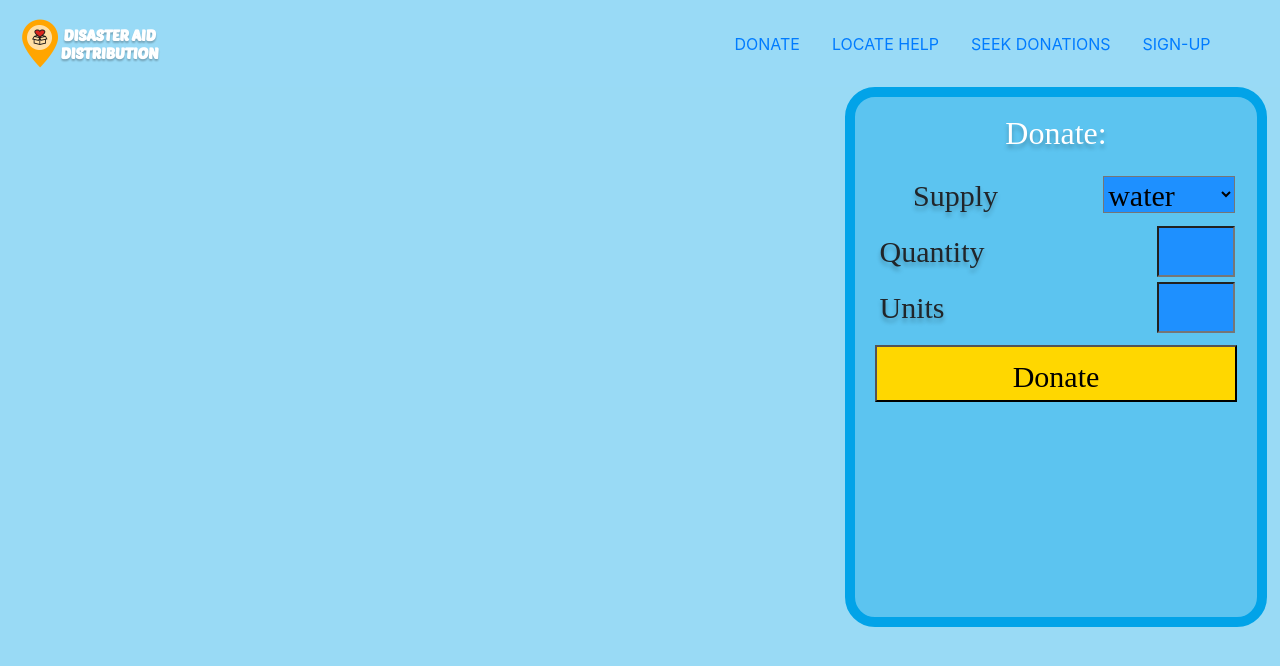
Repository: uprm-inso-4115-2019-2020-S2/semester-project-inso4115-DisasterAid-backend
Page: /donate-modal (app in disaster-aid/)
The author's editor kept a copy of each file at every save. The page is drawn from the files as they stood at one save, then again after the next save.
The browser window is 1280 px wide. The pictures show the whole page.
The project was rebuilt for these pictures with package versions that can differ from the ones it lists, and the page was loaded fresh each time. Also part of the build but not shown: disaster-aid/angular.json, disaster-aid/src/app/login/login.component.ts, disaster-aid/src/app/register/register.component.ts, disaster-aid/src/app/home/home.component.ts, disaster-aid/src/app/landing-page/landing-page.component.ts, disaster-aid/src/app/donations/donations.component.ts, disaster-aid/src/app/donations.service.ts.

Above is the page before, as saved 2020-05-09 02:14:32.

### disaster-aid/src/index.html
<!doctype html>
<html lang="en">
<head>
  <meta charset="utf-8">
  <title>DisasterAid</title>
  <base href="/">
  <meta name="viewport" content="width=device-width, initial-scale=1">
  <link rel="icon" type="image/x-icon" href="favicon.ico">
</head>
<body>
  <app-root></app-root>
</body>
</html>

### disaster-aid/src/styles.css
/* You can add global styles to this file, and also import other style files */

html { background-color:rgba(2, 163, 232, 0.4); }

### disaster-aid/src/app/app.module.ts
import { BrowserModule } from '@angular/platform-browser';
import { NgModule } from '@angular/core';
import { FormsModule, ReactiveFormsModule } from '@angular/forms';



import { AppRoutingModule } from './app-routing.module';
import { AppComponent } from './app.component';
import { RegisterComponent } from './register/register.component';
import { LoginComponent } from './login/login.component';
import { HttpClientModule } from '@angular/common/http';
import { HomeComponent } from './home/home.component'
import { UserApiService } from './userapi.service';
import { LandingPageComponent } from './landing-page/landing-page.component';
import { DonationsComponent } from './donations/donations.component';
import { DonateModalComponent } from './donate-modal/donate-modal.component';


@NgModule({
  declarations: [
    AppComponent,
    RegisterComponent,
    LoginComponent,
    HomeComponent,
    LandingPageComponent,
    DonationsComponent,
    DonateModalComponent,
  ],
  imports: [
    BrowserModule,
    AppRoutingModule,
    FormsModule,
    ReactiveFormsModule,
    HttpClientModule
  ],
  providers: [UserApiService],
  bootstrap: [AppComponent]
})
export class AppModule { }

### disaster-aid/src/app/app-routing.module.ts
import { NgModule } from '@angular/core';
import { Routes, RouterModule } from '@angular/router';
import {LoginComponent} from './login/login.component';
import { RegisterComponent } from './register/register.component';
import { HomeComponent } from './home/home.component';
import { LandingPageComponent } from './landing-page/landing-page.component';
import { DonationsComponent } from './donations/donations.component';
import { DonateModalComponent} from './donate-modal/donate-modal.component';


const routes: Routes = [
  { path: '', redirectTo: '/landing_page', pathMatch: 'full'}, //Make home the default landing page
  { path: 'register', component: RegisterComponent},
  { path: 'login', component: LoginComponent },
  { path: 'home', component: HomeComponent},
  { path: 'landing_page', component: LandingPageComponent },
  { path: 'my-donations', component: DonationsComponent },
  { path: 'donate-modal', component: DonateModalComponent},

];

@NgModule({
  imports: [RouterModule.forRoot(routes)],
  exports: [RouterModule]
})
export class AppRoutingModule { }

### disaster-aid/src/app/app.component.ts
import { Component } from '@angular/core';

@Component({
  selector: 'app-root',
  templateUrl: './app.component.html',
  styleUrls: ['./app.component.css']
})
export class AppComponent {
  title = 'disaster-aid';
}

### disaster-aid/src/app/userapi.service.ts
import { Injectable } from '@angular/core';
import { HttpClient, HttpErrorResponse, HttpHeaders } from '@angular/common/http';
import { User } from './user';
import { Observable, throwError } from 'rxjs';
import { catchError } from 'rxjs/operators';


@Injectable({
  providedIn: 'root'
})
export class UserApiService {

  constructor(private httpClient:HttpClient) { }

  private _handleError(error: HttpErrorResponse | any) {
    let data = {};
                data = {
                    reason: error && error.error.reason ? error.error.reason : '',
                    status: error.status
                };
                console.error(data);
                return throwError(error);
  }

    public server:String = " http://localhost:5000/";

   public getUsers() : Observable<User[]> {
     return this.httpClient
     .get<User[]>(this.server + "DAD/users")
     .pipe(catchError (this._handleError));
   }

   public getUser(userID : String): Observable<User> {
    return this.httpClient
    .get<User>(this.server + `DAD/users/${userID}`)
    .pipe(catchError (this._handleError));
  }

  public createUser(user: User): Observable<any> {

    const httpOptions = {
      headers: new HttpHeaders ({
        'Content-Type':'application/json',
        'Accept': 'application/json'
      })
    };
    return this.httpClient
    .post(this.server + "DAD/users", user, httpOptions)
    .pipe(catchError (this._handleError));;
  }


}

### disaster-aid/src/app/donate-modal/donate-modal.component.ts
import { Component, OnInit } from '@angular/core';

@Component({
  selector: 'app-donate-modal',
  templateUrl: './donate-modal.component.html',
  styleUrls: ['./donate-modal.component.css']
})
export class DonateModalComponent implements OnInit {

  constructor() { }

  ngOnInit(): void {
  }

}

### disaster-aid/src/app/donate-modal/donate-modal.component.html
<nav class="navbar navbar-light" style="background-color: rgba(2, 163, 232, 0.4);">
    <a class="navbar-brand mr-1" href="#"><img src="/assets/DAD_logo.png" style="width: 50%;"></a>
    <ul class="nav navbar-justified navbar-right ml-auto" style="margin-right: 3%;">
        <li class="nav-item">
            <a class="nav-link menuItem" routerLink="/my-donations"  >DONATE</a>
        </li>
        <li class="nav-item">
            <a class="nav-link menuItem"  href="#">LOCATE HELP</a>
        </li>
        <li class="nav-item">
            <a class="nav-link menuItem" href="#">SEEK DONATIONS</a>
        </li>
        <li class="nav-item">
            <a class="nav-link menuItem"  routerLink="/register" routerLinkActive="active">SIGN-UP</a>
        </li>
    </ul>
</nav>

<div class="donateBox">
    <p style="font-size: xx-large; text-align: center; padding-top: 3%; color: white;">Donate:</p>
    <!-- <form [formGroup]="loginForm" (ngSubmit)="onSubmit(loginForm.value)"> -->
        <div style="text-align: right; padding-right: 22px;">
            <div>
                <label for="Supply" style=" width:50%; text-align:left;">Supply</label>
                <select id="supply" name="supply" class="select">
                    <option value="water">water</option>
                    <option value="food">food</option>
                    <option value="medicine">medicine</option>
                    <option value="clothing">clothing</option>

                </select>
            </div>
            <div>
                <label for="quantity" style="width:73%; text-align:left;">Quantity</label>
                <input type="number" class="select" id="quantity" name="quantity" min="1" max="5">
            </div>
            <div>
                <label for="units" style="width:73%; text-align:left;">Units</label>
                <input type="number" class="select" id="quantity" name="quantity" min="1" max="5">
            </div>
        </div>

        <div style="text-align: center;  padding-top: 7px;">
            <button class="donateButton" type="submit">Donate</button>
        </div>
    <!-- </form> -->

    <!-- <div style="text-align: center; padding-top: 5px; font-size: large;">
        <label style="color: white; padding-right: 5px;">Don't have an account?</label>
        <a routerLink="/register" routerLinkActive="active" style="color:#FFBC40 ;">Sign up</a>
    </div> -->

</div>

### disaster-aid/src/app/donate-modal/donate-modal.component.css
.donateBox {
    position: absolute;
    width: 33%;
    height: 75%;
    left: 66%;
    /* right: 10%;
    top: 10%; */

    background: rgba(2, 163, 232, 0.4);
    border: 10px solid #02A3E8;
    border-radius: 30px;
    font-family: 'Fredoka One', cursive;
    font-family: 'Gochi Hand', cursive;
    text-shadow: 0px 4px 4px rgba(0, 0, 0, 0.25);
    font-size: 30px;
}


.donateButton{
    text-align: center;
    padding-top: 7px;
    background: gold;
    width: 90%;
    /* font-size:30px */
}

.select{
    background-color: dodgerblue;
    /* display: none; */
    position: relative;
    font-family: 'Gochi Hand', cursive;
}

Loaded but not shown: disaster-aid/src/main.ts (common file); disaster-aid/src/environments/environment.ts (common file); disaster-aid/src/app/app.component.html (common file); disaster-aid/src/app/app.component.css (no stored copy; drawn as an empty file)

After the next save:
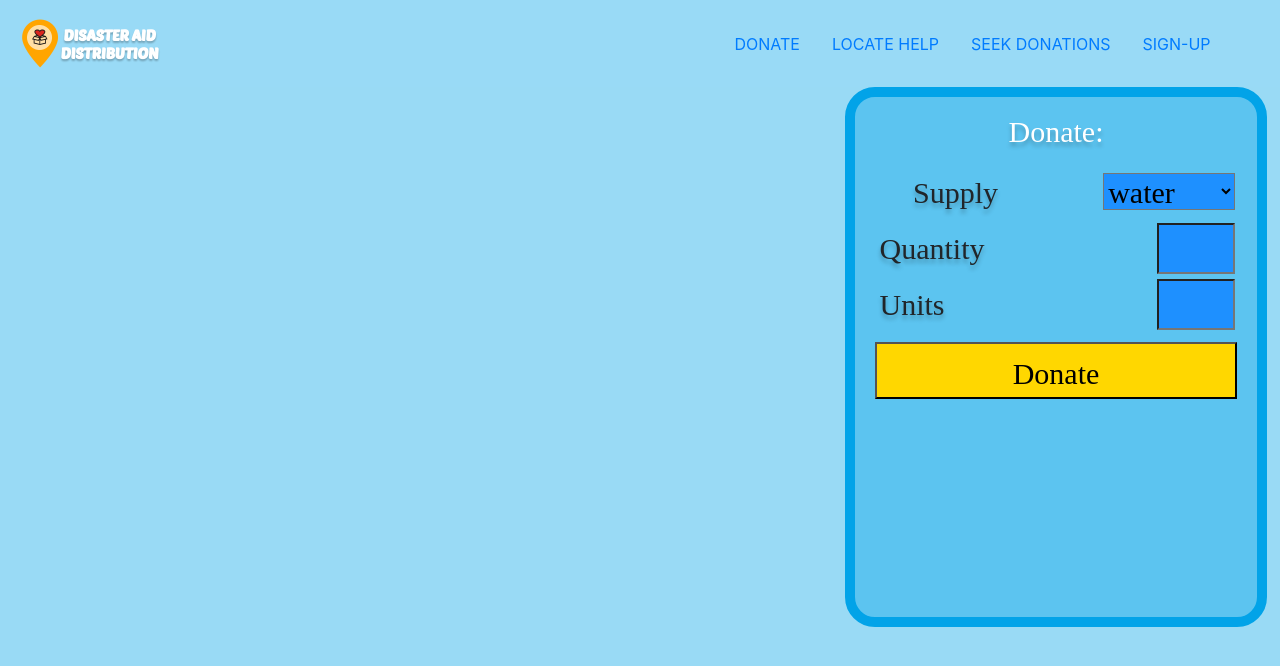
Saved 56 s later.
--- a/disaster-aid/src/app/donate-modal/donate-modal.component.html
+++ b/disaster-aid/src/app/donate-modal/donate-modal.component.html
@@ -17,7 +17,7 @@
 </nav>
 
 <div class="donateBox">
-    <p style="font-size: xx-large; text-align: center; padding-top: 3%; color: white;">Donate:</p>
+    <p style="font-size:75; text-align: center; padding-top: 3%; color: white;">Donate:</p>
     <!-- <form [formGroup]="loginForm" (ngSubmit)="onSubmit(loginForm.value)"> -->
         <div style="text-align: right; padding-right: 22px;">
             <div>
